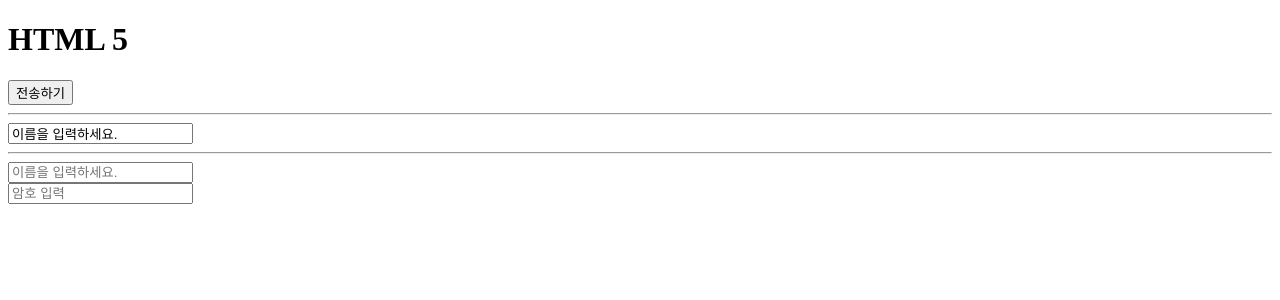
Repository: heoSuKyeong/client_Ssanyong
Page: ClientTest/src/main/webapp/html/ex19_html5.html
These files come from the project's save history. The page is drawn as it stood at one moment and after the next save; the edit follows.
The browser window is 1280 px wide. The pictures show the whole page.

Above is the page before, as saved 2023-09-21 08:10:53.

### ClientTest/src/main/webapp/html/ex19_html5.html
<!DOCTYPE html>
<html>
<head>
<meta charset="UTF-8">
<title>Insert title here</title>
</head>
<body>
<!--
	<h1>HTML5</h1>

	<form method="POST" action="ex18_server.jsp">
		<input type="submit" value="전송하기">

		<hr>

		<input type="text" placeholder="이름을 입력하시오.">
		<br>
		<input type="password" placeholder="암호를 입력하시오.">

	</form>
 -->


   <h1>HTML 5</h1>

   <form method="POST" action="ex18_server.jsp">

      <input type="submit" value="전송하기">
      <hr>

      <input type="text" value="이름을 입력하세요." onfocus="this.value='';">

      <hr>

      <input type="text" placeholder="이름을 입력하세요.">
      <br>
      <input type="password" placeholder="암호 입력">

   </form>



</body>
</html>

After the next save:
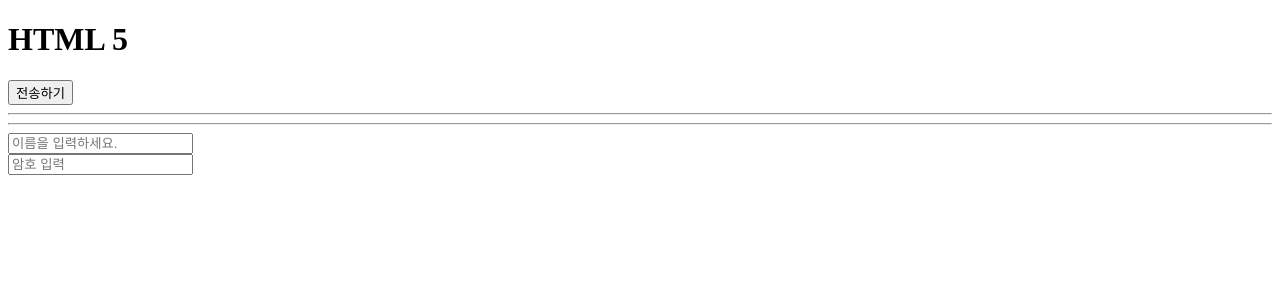
Saved 48 s later.
--- a/ClientTest/src/main/webapp/html/ex19_html5.html
+++ b/ClientTest/src/main/webapp/html/ex19_html5.html
@@ -28,7 +28,7 @@
       <input type="submit" value="전송하기">
       <hr>
 
-      <input type="text" value="이름을 입력하세요." onfocus="this.value='';">
+<!--       <input type="text" value="이름을 입력하세요." onfocus="this.value='';"> -->
 
       <hr>
 
